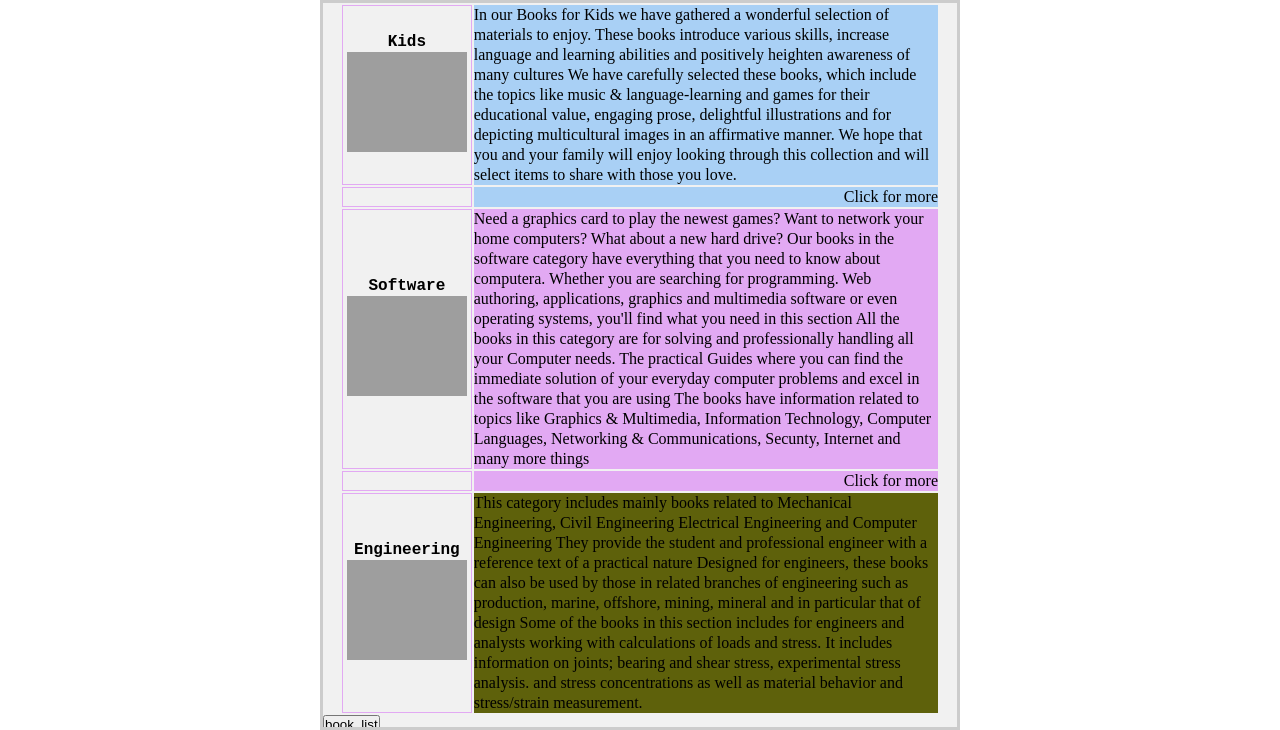
Repository: Helianthusss/Learn-CPP
Page: HTML/lap2/bai4/bai4.html
The author's editor kept a copy of each file at every save. The page is drawn from the files as they stood at one save, then again after the next save.
The browser window is 1280 px wide. The pictures show the whole page.
Pictures or frames that could not be fetched are drawn as grey boxes.

Above is the page before, as saved 2021-10-10 13:33:22.

### HTML/lap2/bai4/bai4.html
<!DOCTYPE html>
<html lang="en">
  <head>
    <meta charset="UTF-8" />
    <meta http-equiv="X-UA-Compatible" content="IE=edge" />
    <meta name="viewport" content="width=device-width, initial-scale=1.0" />
    <title>Document</title>
    <link rel="stylesheet" href="bai4.css" />
  </head>
  <body>
    <div class="tab">
      <table>
        <tr id="tb1">
          <td class="tb12">
            <b> Kids</b>
            <img
              src="https://image.freepik.com/free-vector/children-day-draw-icon-collection_23-2147527765.jpg"
              width="120px"
              height="100px"
            />
          </td>
          <td class="tb11">
            In our Books for Kids we have gathered a wonderful selection of
            materials to enjoy. These books introduce various skills, increase
            language and learning abilities and positively heighten awareness of
            many cultures We have carefully selected these books, which include
            the topics like music & language-learning and games for their
            educational value, engaging prose, delightful illustrations and for
            depicting multicultural images in an affirmative manner. We hope
            that you and your family will enjoy looking through this collection
            and will select items to share with those you love.
          </td>
        </tr>
        <tr id="tb2">
          <td class="tb22"></td>
          <td class="tb21">Click for more</td>
        </tr>
        <tr id="tb3">
          <td class="tb31">
            <b> Software</b>
            <img
              src="https://khoaluantotnghiep.com/wp-content/uploads/2019/10/hinh-anh-quan-ly-nha-truong-2.jpg"
              width="120px"
              height="100px"
            />
          </td>
          <td class="tb32">
            Need a graphics card to play the newest games? Want to network your
            home computers? What about a new hard drive? Our books in the
            software category have everything that you need to know about
            computera. Whether you are searching for programming. Web authoring,
            applications, graphics and multimedia software or even operating
            systems, you'll find what you need in this section All the books in
            this category are for solving and professionally handling all your
            Computer needs. The practical Guides where you can find the
            immediate solution of your everyday computer problems and excel in
            the software that you are using The books have information related
            to topics like Graphics & Multimedia, Information Technology,
            Computer Languages, Networking & Communications, Secunty, Internet
            and many more things
          </td>
        </tr>
        <tr id="tb4">
          <td class="tb42"></td>
          <td class="tb41">Click for more</td>
        </tr>
        <tr id="tb5">
          <td class="tb51">
            <b> Engineering</b>
            <img
              src="https://www.du-hoc.net/wp-content/uploads/2018/06/vietnamese-engineer.jpg"
              width="120px"
              height="100px"
            />
          </td>
          <td class="tb52">
            This category includes mainly books related to Mechanical
            Engineering, Civil Engineering Electrical Engineering and Computer
            Engineering They provide the student and professional engineer with
            a reference text of a practical nature Designed for engineers, these
            books can also be used by those in related branches of engineering
            such as production, marine, offshore, mining, mineral and in
            particular that of design Some of the books in this section includes
            for engineers and analysts working with calculations of loads and
            stress. It includes information on joints; bearing and shear stress,
            experimental stress analysis. and stress concentrations as well as
            material behavior and stress/strain measurement.
          </td>
        </tr>
      </table>
      <input type="submit" value="book_list" style="text-align: left" />
    </div>
  </body>
</html>

### HTML/lap2/bai4/bai4.css
* {
  padding: 0px;
  margin: 0px;
  box-sizing: border-box;
}
table {
  margin-left: auto;
  margin-right: auto;
  width: 600px;
  line-height: 20px;
}
.tab {
  overflow: hidden;
  border: 3px solid #ccc;
  background-color: #f1f1f1;
  margin-left: auto;
  margin-right: auto;
  width: 640px;
  height: 730px;
  overflow-x: hidden;
  overflow-y: auto;
}

#tb1 .tb11 {
  text-align: left;
  background-color: #a9d0f5;
}
#tb1 .tb12 {
  font-family: "Courier New", Courier, monospace;
  text-align: center;

  border: 1px solid #e2a9f3;
}
#tb2 .tb21 {
  background-color: #a9d0f5;
  text-align: right;
}
#tb2 .tb22 {
  border: 1px solid #e2a9f3;
}
#tb3 .tb31 {
  text-align: center;
  font-family: "Courier New", Courier, monospace;
  border: 1px solid #e2a9f3;
}
#tb3 .tb32 {
  background-color: #e2a9f3;
}
#tb4 .tb41 {
  background-color: #e2a9f3;
  text-align: right;
}
#tb4 .tb42 {
  border: 1px solid #e2a9f3;
}
#tb5 .tb51 {
  font-family: "Courier New", Courier, monospace;
  text-align: center;
  border: 1px solid #e2a9f3;
}
#tb5 .tb52 {
  background-color: #5e610b;
}
#tb6 .tb61 {
  background-color: #5e610b;
  text-align: right;
}
#tb6 .tb61 {
  border: 1px solid #e2a9f3;
}

After the next save:
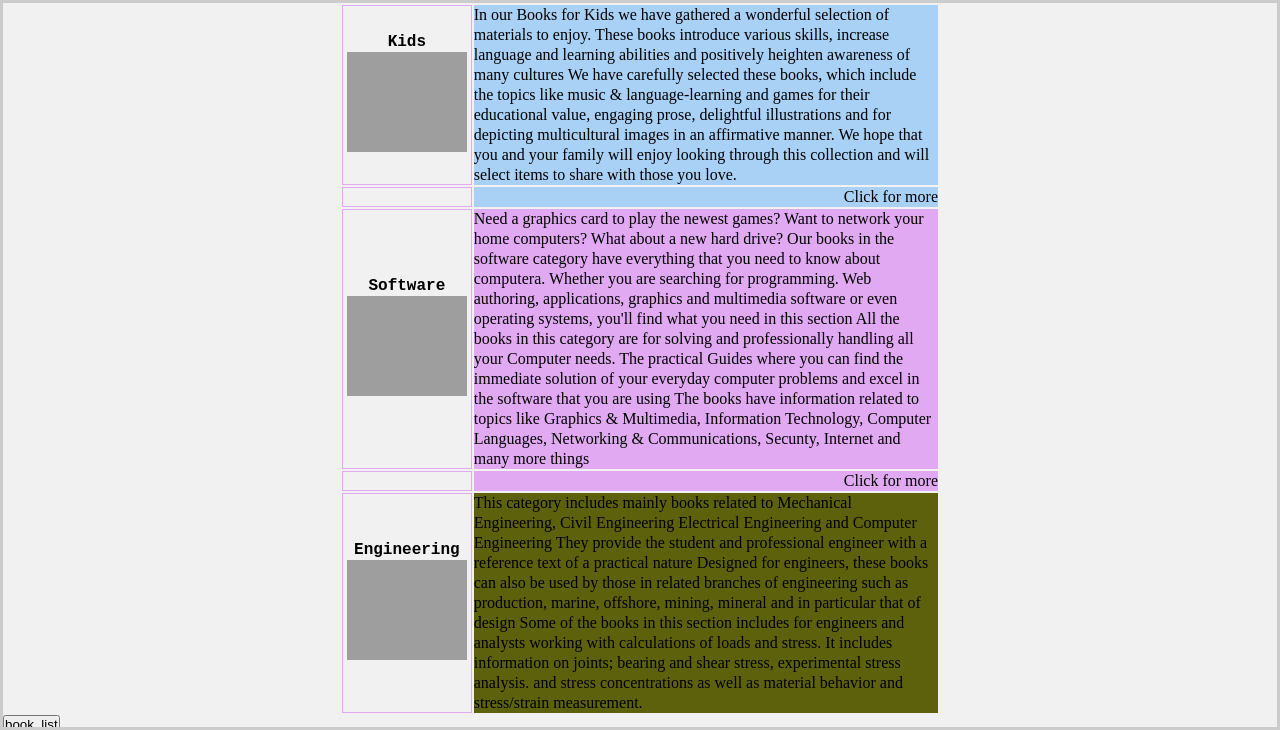
Saved 5 min 6 s later.
--- a/HTML/lap2/bai4/bai4.css
+++ b/HTML/lap2/bai4/bai4.css
@@ -15,10 +15,8 @@
   background-color: #f1f1f1;
   margin-left: auto;
   margin-right: auto;
-  width: 640px;
   height: 730px;
-  overflow-x: hidden;
-  overflow-y: auto;
+  overflow-y: scroll;
 }
 
 #tb1 .tb11 {

After the save that followed:
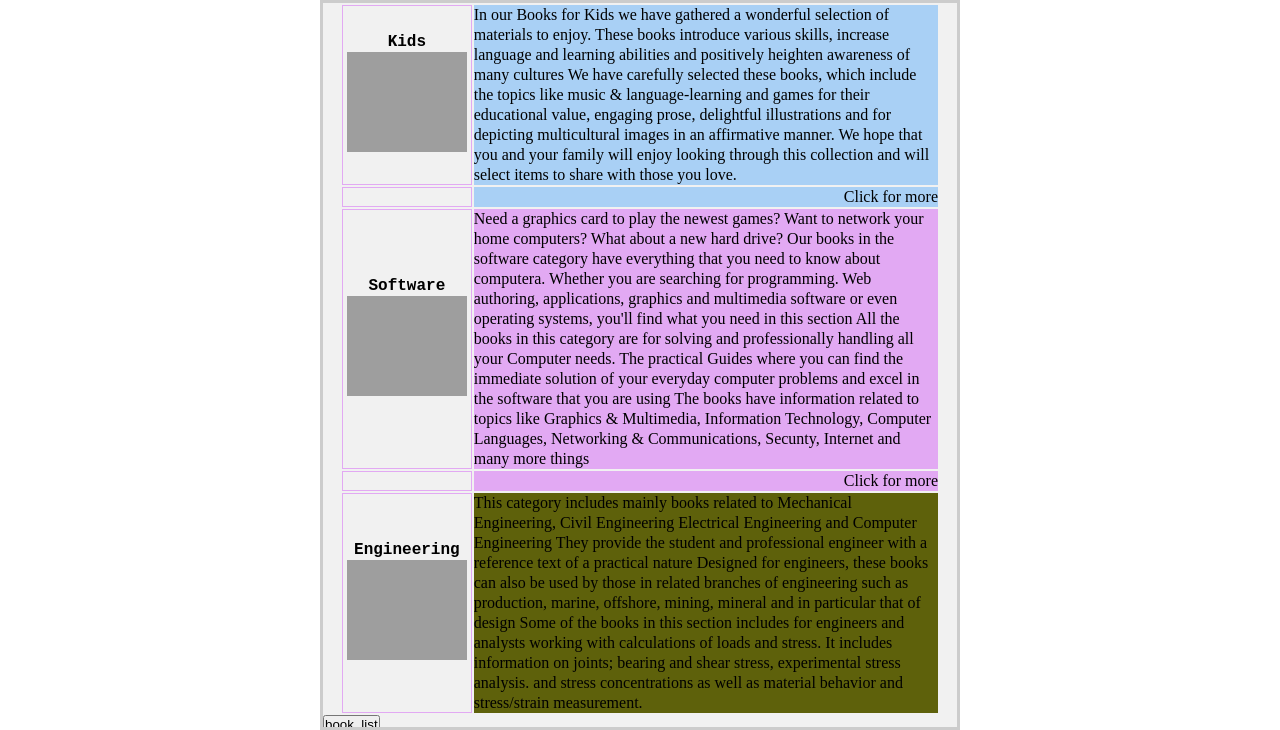
Saved 30 s later.
--- a/HTML/lap2/bai4/bai4.css
+++ b/HTML/lap2/bai4/bai4.css
@@ -15,8 +15,10 @@
   background-color: #f1f1f1;
   margin-left: auto;
   margin-right: auto;
+  width: 640px;
   height: 730px;
-  overflow-y: scroll;
+  overflow-x: hidden;
+  overflow-y: auto;
 }
 
 #tb1 .tb11 {
